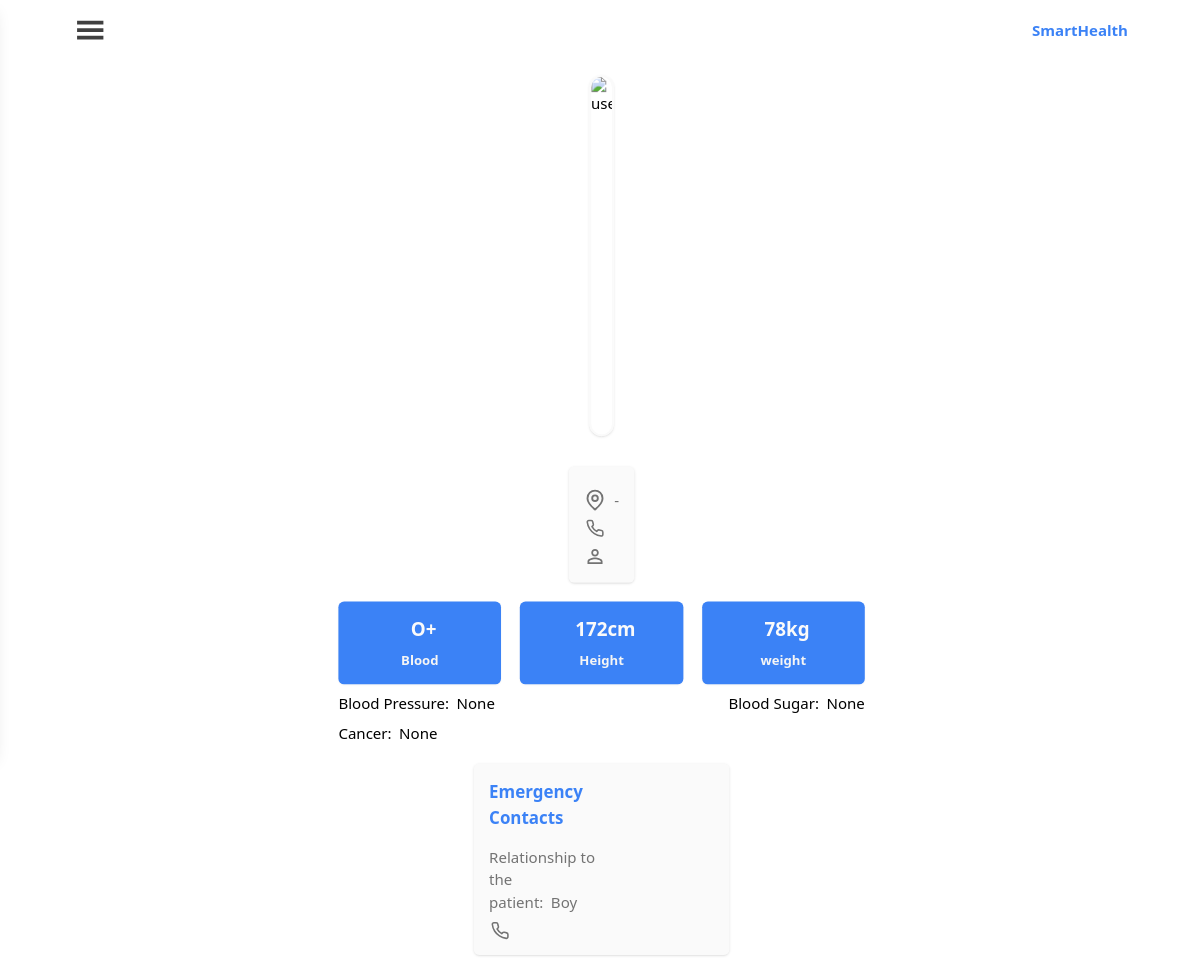
Repository: Sanaa00/HI-user
Page: /home
An editor plug-in stored every save of this project. The page is shown before and after the next save, followed by the edit.
The browser window is 1280 px wide. The pictures show the whole page, at 94% of full size.
The page's requests for data from a server got no answer. The project was rebuilt for these pictures with package versions that can differ from the ones it lists, and the page was loaded fresh each time. No one was signed in, and anything a server would have sent is missing. Also part of the build but not shown: vite.config.js, src/App.css, src/Components/Pagination.jsx, src/Pages/Prescription.jsx, src/Components/modalComponent.jsx, src/Pages/Laboratory.jsx, src/Pages/Radiographic.jsx, src/Components/InputField.jsx and 2 more.

Above is the page before, as saved 2024-01-12 21:45:24.

### src/main.jsx
import React from 'react';
import ReactDOM from 'react-dom/client';
import App from './App.jsx';
import './index.css';
import Modal from 'react-modal';
import { BrowserRouter } from 'react-router-dom';
Modal.setAppElement('#root');
ReactDOM.createRoot(document.getElementById('root')).render(
  <React.StrictMode>
    <BrowserRouter>
      {/* <Provider store={store}> */}
      <App />
      {/* </Provider>{' '} */}
    </BrowserRouter>
  </React.StrictMode>,
);

### src/App.jsx
import { Route, Routes } from 'react-router-dom';
import './App.css';
import Home from './Pages/Home';
// import Test from './Pages/Test';
import Navbar from './Components/Navbar';
import Prescription from './Pages/Prescription';
import Laboratory from './Pages/Laboratory';
import Radiographic from './Pages/Radiographic';
import ModalComponent from './Components/modalComponent';
import Login from './Pages/Login';
import SignUp from './Pages/SignUp';

function App() {
  return (
    <>
      <Navbar />
      <Routes>
        <Route path="/home" element={<Home />} />
        <Route path="/laboratory" element={<Laboratory />}>
          <Route path=":id" element={<ModalComponent />} />
        </Route>
        <Route path="/Radiographic" element={<Radiographic />} />
        <Route path="/Prescription" element={<Prescription />} />
        <Route path="/" element={<Login />} />
        <Route path="/signup" element={<SignUp />} />
        {/* <Route path="products" element={<Products />} />
          <Route path="setting" element={<Setting />} />
          <Route path="hide" element={<HideProducts />} /> */}
        {/* </Route> */}
      </Routes>
    </>
  );
}

export default App;

### src/Pages/Home.jsx
import { useEffect, useState } from 'react';
import { supabase } from '../supabaseClient';
import { FaLocationDot, FaPhone } from 'react-icons/fa6';
import { LuPhone } from 'react-icons/lu';
import { MdPermIdentity } from 'react-icons/md';
import { CiPhone } from 'react-icons/ci';
import { GrLocation } from 'react-icons/gr';
function Home() {
  const [data, setData] = useState([]);

  useEffect(() => {
    const fetchData = async () => {
      const { data, error } = await supabase
        .from('personInformation')
        .select('*')
        .eq('id', 34567890)
        .single();
      console.log('first', data);
      if (error) console.log('Error', error);
      else setData(data);
    };

    fetchData();
  }, []);
  return (
    <div className="mt-16 min-h-screen p-4 sm:px-10 md:px-20  flex flex-col lg:items-center">
      <div className="flex justify-center items-center">
        {console.log(data)}{' '}
        <img
          className="object-cover rounded-full w-72 border-2 border-neutral-50 shadow h-72 lg:w-1/2 lg:h-96 "
          src={data.userImage}
          alt="user"
        />
      </div>
      {/* <div className="mt-5 text-center font-bold text-lg lg:w-1/2">
        Personal Information
      </div> */}
      <div className="mt-3 lg:w-1/2 flex justify-center items-center">
        {/* <span>Name:</span> */}
        <span className="ml-2 font-semibold">{data.fullName}</span>
      </div>{' '}
      {/* <div className="mt-2 flex justify-between items-center lg:w-1/2"> */}
      {/* <span>
          {' '}
          <span>DOB:</span>
          <span className="ml-2">{data.dateOfBirth}</span>
        </span>{' '}
        <span>
          {' '}
          <span>Gender:</span>
          <span className="ml-2">{data.gender}</span>
        </span> */}
      {/* </div>{' '} */}
      <div className="mt-5  bg-neutral-50 text-neutral-500 rounded-md p-4 shadow ">
        {' '}
        <div className="mt-2 flex justify-between items-center lg:w-1/2">
          <span className="flex items-center flex-row">
            {' '}
            <span>
              <GrLocation className="w-6 h-6" />
            </span>
            <span className="ml-2">
              {data.city}-{data.address}
            </span>
          </span>
        </div>
        {/* ****************** */}
        <div className="mt-2 flex justify-between items-center lg:w-1/2">
          <span className="flex items-center">
            {' '}
            <span>
              <LuPhone className="w-6 h-5" />
            </span>
            <span className="ml-2">{data.contactNumber}</span>
          </span>{' '}
        </div>{' '}
        <div className="mt-2 flex justify-between items-center lg:w-1/2">
          <span className="flex items-center">
            {' '}
            <span>
              <MdPermIdentity className="w-6 h-6" />
            </span>
            <span className="ml-2">{data.id}</span>
          </span>{' '}
        </div>
      </div>
      {/* **********vital information*********** */}
      <div className="mt-5 text-neutral-50 grid grid-cols-3 gap-5 justify-between items-center  text-lg lg:w-1/2">
        {' '}
        {/* <div className="mt-2 flex justify-between items-center lg:w-1/2"> */}
        <div className="w-full flex flex-col items-center justify-center bg-blue-500 p-4 rounded-md shadow-sm ">
          {' '}
          <div className="ml-2 text-xl font-bold">O+</div>
          <div className="text-sm font-semibold text-neutral-100 mt-2">
            Blood
          </div>
        </div>{' '}
        {/* </div>{' '} */}
        {/* <div className="mt-2 flex justify-between items-center lg:w-1/2"> */}
        <div className="flex w-full flex-col justify-center items-center bg-blue-500 p-4 rounded-md shadow-sm">
          {' '}
          <div className="text-center ml-2 text-xl font-bold">172cm</div>{' '}
          <div className="text-center text-sm font-semibold text-neutral-100 mt-2">
            Height
          </div>
        </div>{' '}
        <div className="flex flex-col justify-center items-center bg-blue-500 p-4 rounded-md shadow-sm w-full">
          {' '}
          <div className="ml-2 text-xl font-bold">78kg</div>
          <div className="text-sm font-semibold text-neutral-100 mt-2">
            weight
          </div>
        </div>{' '}
      </div>{' '}
      {/* </div> */}
      {/* <div className="mt-2 flex justify-between items-center lg:w-1/2">
        <span>
          {' '}
          <span>Blood Type:</span>
          <span className="ml-2">O+</span>
        </span>{' '}
      </div>{' '}
      <div className="mt-2 flex justify-between items-center lg:w-1/2">
        <span>
          {' '}
          <span>Height:</span>
          <span className="ml-2">172 cm</span>
        </span>{' '}
        <span>
          {' '}
          <span>weight:</span>
          <span className="ml-2">78 kg</span>
        </span>{' '}
      </div>{' '} */}
      <div className="mt-2 flex justify-between items-center lg:w-1/2">
        <span>
          {' '}
          <span>Blood Pressure:</span>
          <span className="ml-2">None</span>
        </span>{' '}
        <span>
          {' '}
          <span>Blood Sugar:</span>
          <span className="ml-2">None</span>
        </span>{' '}
      </div>{' '}
      <div className="mt-2 flex justify-between items-center lg:w-1/2">
        <span>
          {' '}
          <span>Cancer:</span>
          <span className="ml-2">None</span>
        </span>{' '}
      </div>{' '}
      {/* ***************Emergency Contacts********** */}
      <div className="mt-5  bg-neutral-50 text-neutral-500 rounded-md p-4 shadow ">
        {' '}
        <div className=" font-bold text-blue-500 text-lg lg:w-1/2">
          Emergency Contacts
        </div>
        <div className="mt-2 flex justify-between items-center lg:w-1/2">
          {/* <span> */} {/* <span>Boy:</span> */}
          <span className="ml-2">{data.emergencyContactName}</span>
          {/* </span>{' '} */}
        </div>{' '}
        <div className="mt-2 flex justify-between items-center lg:w-1/2">
          <span>
            {' '}
            <span>Relationship to the patient:</span>
            <span className="ml-2">Boy</span>
          </span>{' '}
        </div>{' '}
        <div className="mt-2  flex justify-between items-center lg:w-1/2">
          <span className="flex items-center">
            {' '}
            <span>
              {' '}
              <LuPhone className="w-6 h-5" />
            </span>
            <span className="ml-2">{data.emergencyContactNumber}</span>
          </span>{' '}
        </div>
      </div>
      {/* <div className="mt-5 font-bold text-blue-500 text-lg lg:w-1/2">
        Emergency Contacts
      </div>
      <div className="mt-2 flex justify-between items-center lg:w-1/2">
        <span>
          {' '}
          <span>Name:</span>
          <span className="ml-2">{data.emergencyContactName}</span>
        </span>{' '}
      </div>{' '}
      <div className="mt-2 flex justify-between items-center lg:w-1/2">
        <span>
          {' '}
          <span>Relationship to the patient:</span>
          <span className="ml-2">Boy</span>
        </span>{' '}
      </div>{' '}
      <div className="mt-2 mb-5 flex justify-between items-center lg:w-1/2">
        <span>
          {' '}
          <span>Contact Number:</span>
          <span className="ml-2">{data.emergencyContactNumber}</span>
        </span>{' '}
      </div> */}
    </div>
  );
}

export default Home;

### src/Components/Navbar.jsx
import { useState } from 'react';
import { Link, NavLink } from 'react-router-dom';
import { GiHamburgerMenu } from 'react-icons/gi';
import { IoCloseSharp } from 'react-icons/io5';
function Navbar() {
  const [open, setOpen] = useState(false);
  return (
    <div className="flex text-neutral-700 top-0 z-50 fixed px-4 sm:px-10 md:px-20 justify-between items-center bg-white h-16 w-full">
      <div
        className={` flex justify-between hover:bg-opacity-80 duration-500 hover:duration-500 items-center w-full h-full text-lg font-bold`}
      >
        <button onClick={() => setOpen(!open)} className="">
          <GiHamburgerMenu className="w-8 h-8" />
        </button>{' '}
        <div
          className={` bg-white rounded-sm  flex flex-col fixed w-4/5 lg:w-96 top-0 z-40 left-0 shadow-lg transform duration-500 ease-in-out ${
            open ? 'translate-x-0' : '-translate-x-full'
          }`}
        >
          <button
            onClick={() => setOpen(!open)}
            className="mt-3 mb-2 left-0 px-3 flex h-16"
          >
            <IoCloseSharp className="w-9 h-9" />
          </button>

          <div className="w-full h-screen flex flex-col text-orange p-4">
            <Link to="/home" onClick={() => setOpen(!open)} className="pb-3">
              Person Information
            </Link>
            <Link
              to="/Radiographic"
              onClick={() => setOpen(!open)}
              className="py-3"
            >
              Radiographic examination
            </Link>
            <Link
              to="/laboratory"
              onClick={() => setOpen(!open)}
              className="py-3"
            >
              Laboratory examination
            </Link>
            <Link
              to="/Prescription"
              onClick={() => setOpen(!open)}
              className="py-3"
            >
              Prescription
            </Link>
          </div>
        </div>
      </div>
      <NavLink to="/home" className="ml-2 font-bold text-blue-500">
        SmartHealth
      </NavLink>
    </div>
  );
}

export default Navbar;

### src/supabaseClient.js
import { createClient } from '@supabase/supabase-js';

const supabaseUrl =
    import.meta.env.VITE_REACT_APP_SUPABASE_URL;
const supabaseAnonKey =
    import.meta.env.VITE_REACT_APP_SUPABASE_ANON_KEY;

export const supabase = createClient(supabaseUrl, supabaseAnonKey);

Loaded but not shown: index.html (common file); src/index.css (common file); tailwind.config.js (common file)

After the next save:
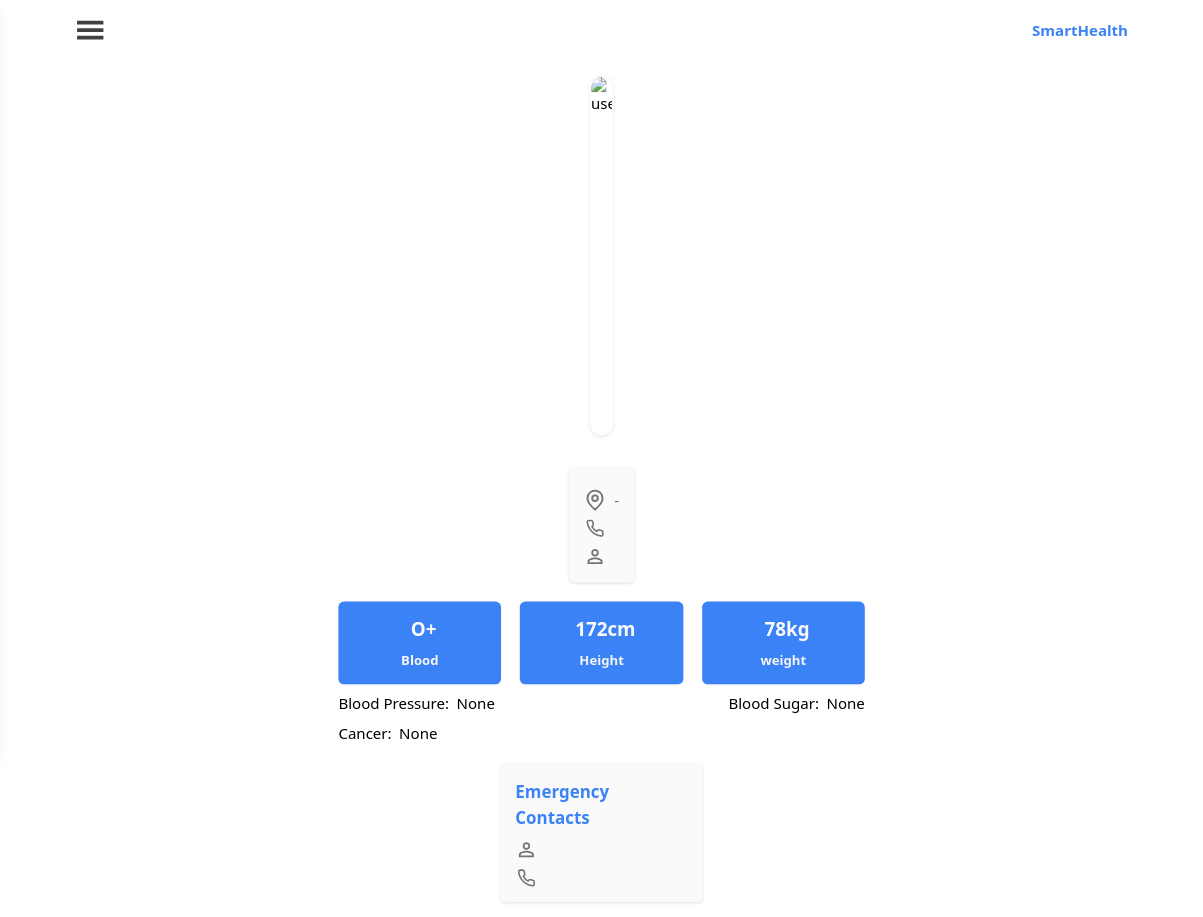
Saved 10 s later.
--- a/src/Pages/Home.jsx
+++ b/src/Pages/Home.jsx
@@ -158,17 +158,21 @@ function Home() {
           Emergency Contacts
         </div>
         <div className="mt-2 flex justify-between items-center lg:w-1/2">
-          {/* <span> */} {/* <span>Boy:</span> */}
+          {/* <span> */}{' '}
+          <span>
+            {' '}
+            <MdPermIdentity className="w-6 h-6" />
+          </span>
           <span className="ml-2">{data.emergencyContactName}</span>
           {/* </span>{' '} */}
         </div>{' '}
-        <div className="mt-2 flex justify-between items-center lg:w-1/2">
+        {/* <div className="mt-2 flex justify-between items-center lg:w-1/2">
           <span>
             {' '}
             <span>Relationship to the patient:</span>
             <span className="ml-2">Boy</span>
           </span>{' '}
-        </div>{' '}
+        </div>{' '} */}
         <div className="mt-2  flex justify-between items-center lg:w-1/2">
           <span className="flex items-center">
             {' '}
